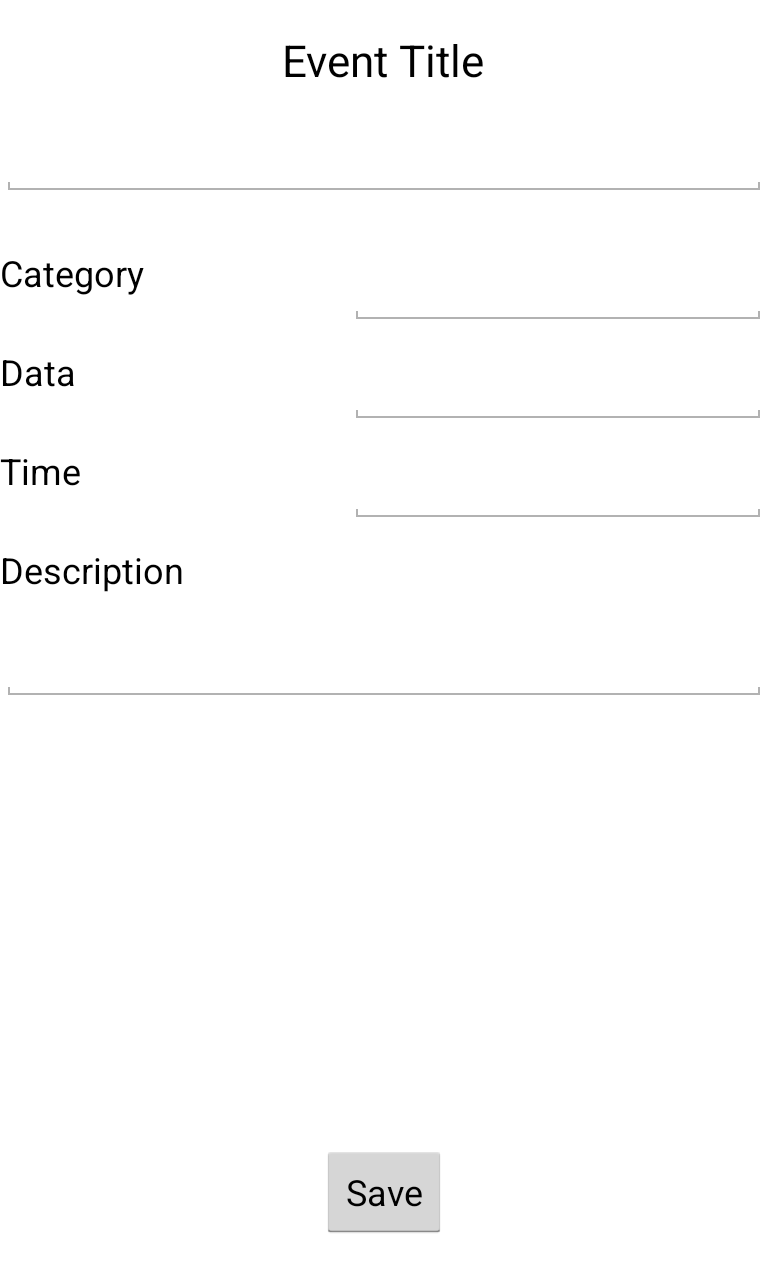
Repository: ctc8631/Android-dev
Layout: WorkDone/res/layout/activity_save.xml
These files come from the project's save history. The layout is drawn as it stood at one moment and after the next save; the edit follows.
It is drawn on a 768 x 1280 px phone screen (xhdpi) without system bars, with theme AppTheme; the app's code is not run.

Above is the layout before, as saved 2013-09-10 14:28:17.

After the next save:
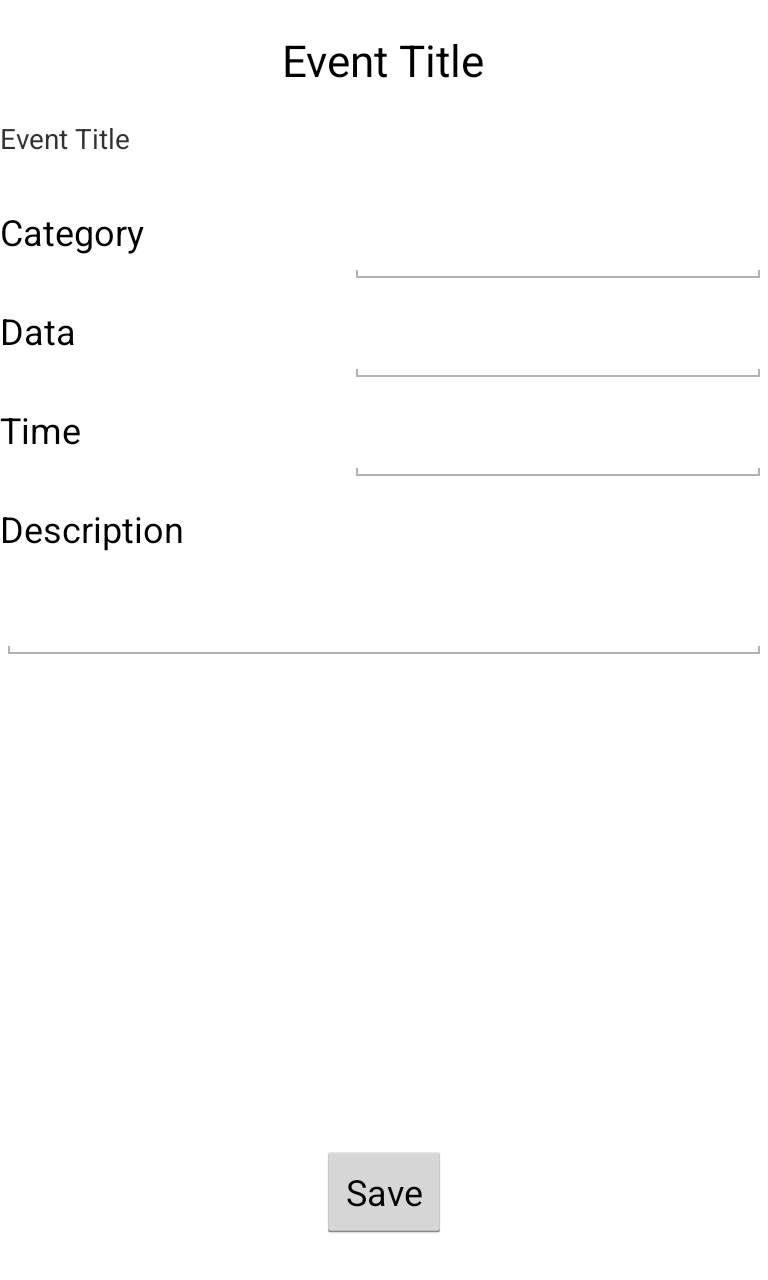
Saved 50 s later.
--- a/WorkDone/res/layout/activity_save.xml
+++ b/WorkDone/res/layout/activity_save.xml
@@ -16,7 +16,7 @@
         android:text="@string/event_title"
         android:textAppearance="?android:attr/textAppearanceLarge" />
 
-    <EditText
+    <TextView
         android:id="@+id/title"
         android:layout_width="match_parent"
         android:layout_height="wrap_content"
@@ -24,7 +24,7 @@
         android:layout_centerHorizontal="true"
         android:layout_marginTop="15dp"
         android:ems="10"
-        android:inputType="textCapWords"
+        android:text="@string/event_title"
         />
 
     <TextView
